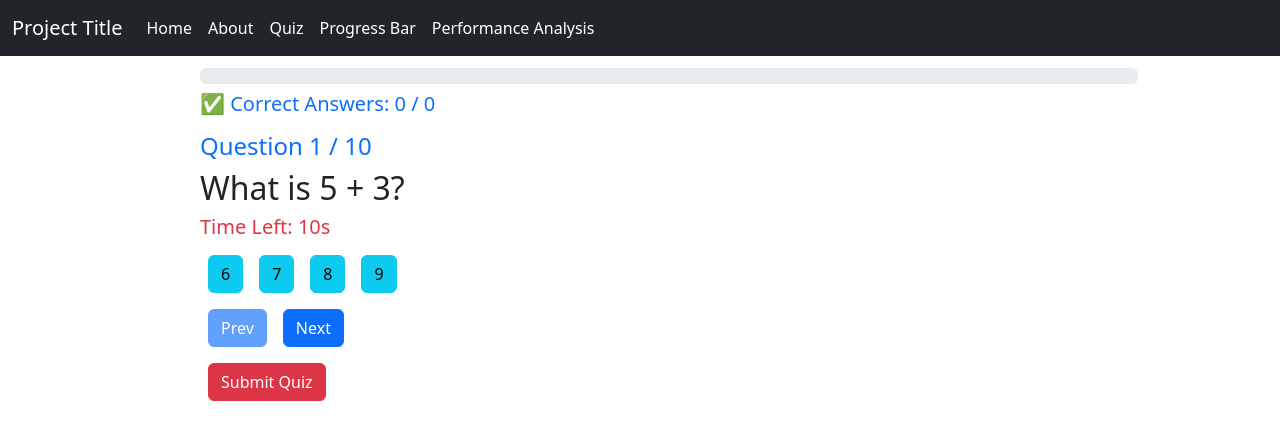
Repository: rahul-chakradhari/devquest
Page: /quiz (app in project/)
The author's editor kept a copy of each file at every save. The page is drawn from the files as they stood at one save, then again after the next save.
The browser window is 1280 px wide. The pictures show the whole page.
The project was rebuilt for these pictures with package versions that can differ from the ones it lists, and the page was loaded fresh each time. Also part of the build but not shown: project/vite.config.js, project/src/components/Home.jsx, project/src/components/About.jsx, project/src/components/PerformanceAnalysis.jsx, project/src/index.css.

Above is the page before, as saved 2025-02-23 16:53:26.

### project/index.html
<!DOCTYPE html>
<html lang="en">
  <head>
    <meta charset="UTF-8" />
    <link rel="icon" type="image/svg+xml" href="/vite.svg" />
    <meta name="viewport" content="width=device-width, initial-scale=1.0" />
    <title>ExamEase - Interactive Quiz & Assessment System</title>
    <link
      href="https://cdn.jsdelivr.net/npm/bootstrap@5.3.3/dist/css/bootstrap.min.css"
      rel="stylesheet"
      integrity="sha384-QWTKZyjpPEjISv5WaRU9OFeRpok6YctnYmDr5pNlyT2bRjXh0JMhjY6hW+ALEwIH"
      crossorigin="anonymous"
    />
  </head>
  <body>
    <div id="root"></div>
    <script type="module" src="/src/main.jsx"></script>
    <script
      src="https://cdn.jsdelivr.net/npm/bootstrap@5.3.3/dist/js/bootstrap.bundle.min.js"
      integrity="sha384-YvpcrYf0tY3lHB60NNkmXc5s9fDVZLESaAA55NDzOxhy9GkcIdslK1eN7N6jIeHz"
      crossorigin="anonymous"
    ></script>
  </body>
</html>

### project/src/App.jsx
import { useState } from "react";
import "./App.css";
import React from "react";
import { BrowserRouter as Router, Routes, Route } from "react-router-dom";
import Navbar from "./components/Navbar";
import Home from "./components/Home";
import About from "./components/About";
import Quiz from "./components/Quiz";
import ProgressBar from "./components/ProgressBar";
import PerformanceAnalysis from "./components/PerformanceAnalysis";

function App() {
  const [count, setCount] = useState(0);
  const [questionStats, setQuestionStats] = useState({});
  return (
    <>
      <Router>
        <Navbar />
        <Routes>
          <Route path="/about" element={<About />} />
          <Route path="/" element={<Home />} />
          <Route path="/quiz" element={<Quiz />} />
          <Route path="/bar" element={<ProgressBar />} />
          <Route
            path="/ana"
            element={
              <PerformanceAnalysis questionStats={questionStats || {}} />
            }
          />
        </Routes>
      </Router>
    </>
  );
}

export default App;

### project/src/App.css
.right {
  width: 900px;
  height: 400px;
}
.stl,
.welcome {
  margin-left: 600px;
}
.left {
  font-size: 12px; /* Overall text size kam hoga */
}

.welcome {
  font-size: 18px; /* Heading ke liye */
}

.stl {
  font-size: 12px; /* Description text ke liye */
}
.welcome {
  margin-top: 2px;
}

.quiz-container {
  margin-left: 200px;
  margin-top: 12px;
}
.about {
  margin-left: 12px;
  margin-top: 12px;
}
.progress {
  margin-right: 142px;
}

### project/src/components/Navbar.jsx
import React from "react";
import { Link } from "react-router-dom";

const Navbar = () => {
  return (
    <nav className="navbar navbar-expand-lg navbar-dark bg-dark">
      <div className="container-fluid">
        <Link className="navbar-brand" to="/">
          Project Title
        </Link>
        <button
          className="navbar-toggler"
          type="button"
          data-bs-toggle="collapse"
          data-bs-target="#navbarSupportedContent"
          aria-controls="navbarSupportedContent"
          aria-expanded="false"
          aria-label="Toggle navigation"
        >
          <span className="navbar-toggler-icon"></span>
        </button>
        <div className="collapse navbar-collapse" id="navbarSupportedContent">
          <ul className="navbar-nav me-auto mb-2 mb-lg-0">
            <li className="nav-item">
              <Link className="nav-link active" to="/">
                Home
              </Link>
            </li>
            <li className="nav-item">
              <Link className="nav-link active" to="/about">
                About
              </Link>
            </li>
            <li className="nav-item">
              <Link className="nav-link active" to="/quiz">
                Quiz
              </Link>
            </li>
            <li className="nav-item">
              <Link className="nav-link active" to="/bar">
                Progress Bar
              </Link>
            </li>
            <li className="nav-item">
              <Link className="nav-link active" to="/ana">
                Performance Analysis
              </Link>
            </li>
          </ul>
        </div>
      </div>
    </nav>
  );
};

export default Navbar;

### project/src/components/Quiz.jsx
import React, { useState, useEffect } from "react";
import ProgressBar from "./ProgressBar";

const questions = [
  { question: "What is 5 + 3?", options: ["6", "7", "8", "9"], answer: "8" },
  { question: "What is 12 - 4?", options: ["6", "7", "8", "9"], answer: "8" },
  {
    question: "Solve: (2 + 3) × 4",
    options: ["20", "10", "25", "30"],
    answer: "20",
  },
  { question: "What is 9 ÷ 3?", options: ["1", "3", "9", "6"], answer: "3" },
  {
    question: "Solve: 15 - (4 + 3)",
    options: ["6", "8", "9", "12"],
    answer: "8",
  },
  {
    question: "What is 7 × 2?",
    options: ["10", "12", "14", "16"],
    answer: "14",
  },
  {
    question: "Solve: (8 + 2) ÷ 2",
    options: ["2", "4", "5", "6"],
    answer: "5",
  },
  {
    question: "What is 4 × 3 - 2?",
    options: ["10", "11", "12", "14"],
    answer: "10",
  },
  { question: "Solve: 6 + 4 ÷ 2", options: ["3", "5", "8", "10"], answer: "8" },
  { question: "What is 3²?", options: ["6", "9", "12", "15"], answer: "9" },
];

const Quiz = () => {
  const [currentQuestion, setCurrentQuestion] = useState(0);
  const [selectedAnswers, setSelectedAnswers] = useState({});
  const [timeLeft, setTimeLeft] = useState(15);
  const [score, setScore] = useState(null);
  const [showFeedback, setShowFeedback] = useState(false);

  useEffect(() => {
    if (timeLeft === 0) {
      handleNext();
      return;
    }
    const timer = setTimeout(() => setTimeLeft(timeLeft - 1), 1000);
    return () => clearTimeout(timer);
  }, [timeLeft]);

  useEffect(() => {
    setTimeLeft(15);
  }, [currentQuestion]);

  const handleNext = () => {
    if (currentQuestion < questions.length - 1) {
      setCurrentQuestion(currentQuestion + 1);
    }
  };

  const handlePrev = () => {
    if (currentQuestion > 0) {
      setCurrentQuestion(currentQuestion - 1);
    }
  };

  const handleAnswerClick = (option) => {
    setSelectedAnswers({
      ...selectedAnswers,
      [currentQuestion]: option,
    });
  };

  const handleSubmit = () => {
    let calculatedScore = 0;

    questions.forEach((q, index) => {
      const userAnswer = selectedAnswers[index];
      if (userAnswer === q.answer) calculatedScore += 1;
    });

    setScore(calculatedScore);
    setShowFeedback(true);
  };

  const getFeedback = () => {
    if (score >= 8)
      return { message: "🎉 Excellent! Keep it up!", color: "text-success" };
    if (score >= 5)
      return {
        message: "🙂 Average scorer! You can do better!",
        color: "text-warning",
      };
    return {
      message: "😟 Low grade! Please improve yourself.",
      color: "text-danger",
    };
  };

  return (
    <div className="quiz-container">
      <ProgressBar
        answeredQuestions={Object.keys(selectedAnswers).length}
        totalQuestions={questions.length}
        correctCount={score ?? 0}
        previousCorrect={0}
      />

      {showFeedback ? (
        <>
          <h2 className="text-success">Quiz Completed!</h2>
          <h3 className="text-primary">
            Your Score: {score} / {questions.length}
          </h3>
          <h4 className={getFeedback().color}>{getFeedback().message}</h4>

          <div className="feedback mt-3">
            {questions.map((q, index) => (
              <p
                key={index}
                className={`text-${
                  selectedAnswers[index] === q.answer ? "success" : "danger"
                }`}
              >
                {index + 1}. {q.question} -{" "}
                {selectedAnswers[index] === q.answer
                  ? " ✅ Correct"
                  : ` ❌ Incorrect (Correct: ${q.answer})`}
              </p>
            ))}
          </div>

          <button
            type="button"
            className="btn btn-warning mt-3"
            onClick={() => window.location.reload()}
          >
            Restart Quiz
          </button>
        </>
      ) : (
        <>
          <h4 className="text-primary">
            Question {currentQuestion + 1} / {questions.length}
          </h4>
          <h2>{questions[currentQuestion].question}</h2>
          <h5 className="text-danger">Time Left: {timeLeft}s</h5>

          <div className="options mt-3">
            {questions[currentQuestion].options.map((option, index) => {
              const isSelected = selectedAnswers[currentQuestion] === option;
              return (
                <button
                  key={index}
                  type="button"
                  className={`btn ${
                    isSelected ? "btn-success" : "btn-info"
                  } mx-2`}
                  onClick={() => handleAnswerClick(option)}
                >
                  {option}
                </button>
              );
            })}
          </div>

          <div className="quiz-controls mt-3">
            <button
              type="button"
              className="btn btn-primary mx-2"
              onClick={handlePrev}
              disabled={currentQuestion === 0}
            >
              Prev
            </button>

            {currentQuestion < questions.length - 1 && (
              <button
                type="button"
                className="btn btn-primary mx-2"
                onClick={handleNext}
              >
                Next
              </button>
            )}
          </div>

          <div className="submit-section mt-3">
            <button
              type="button"
              className="btn btn-danger mx-2"
              onClick={handleSubmit}
            >
              Submit Quiz
            </button>
          </div>
        </>
      )}
    </div>
  );
};

export default Quiz;

### project/src/components/ProgressBar.jsx
import React from "react";

const ProgressBar = ({
  answeredQuestions,
  totalQuestions,
  correctCount,
  previousCorrect,
}) => {
  const progressPercentage = (answeredQuestions / totalQuestions) * 100;
  const changeInCorrect =
    previousCorrect !== null && correctCount !== null
      ? correctCount - previousCorrect
      : 0;

  return (
    <div className="progress-container mb-3">
      <div className="progress">
        <div
          className="progress-bar bg-success"
          role="progressbar"
          style={{ width: `${progressPercentage}%` }}
        >
          {answeredQuestions} / {totalQuestions} Answered
        </div>
      </div>
      <h5 className="text-primary mt-2">
        ✅ Correct Answers: {correctCount} / {answeredQuestions}
      </h5>
      {answeredQuestions > 0 && changeInCorrect !== 0 && (
        <h6 className={changeInCorrect > 0 ? "text-success" : "text-danger"}>
          {changeInCorrect > 0
            ? `⬆️ +${changeInCorrect} improvement`
            : `⬇️ ${changeInCorrect} decrease`}
        </h6>
      )}
    </div>
  );
};

export default ProgressBar;

Loaded but not shown: project/src/main.jsx (common file)

After the next save:
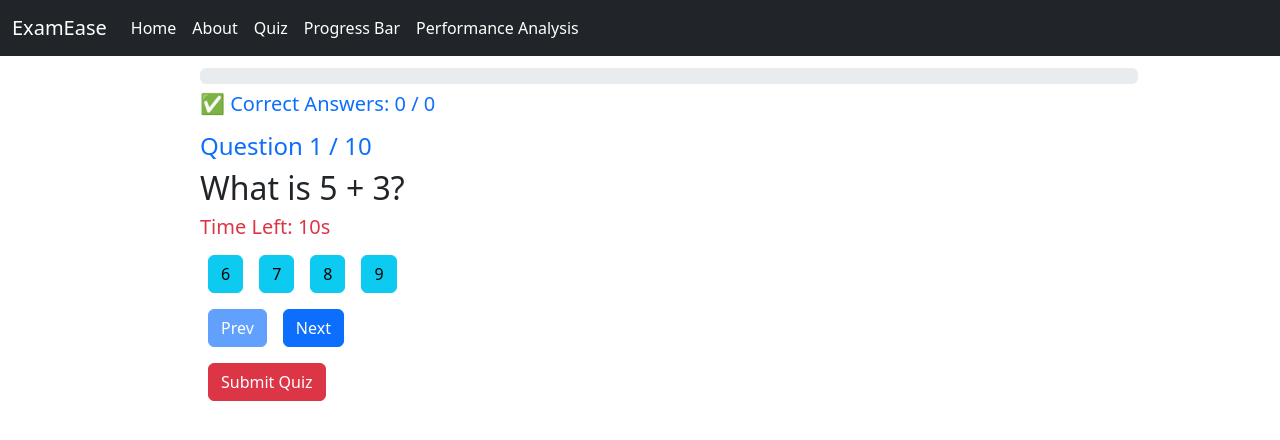
Saved 23 s later.
--- a/project/src/components/Navbar.jsx
+++ b/project/src/components/Navbar.jsx
@@ -6,7 +6,7 @@ const Navbar = () => {
     <nav className="navbar navbar-expand-lg navbar-dark bg-dark">
       <div className="container-fluid">
         <Link className="navbar-brand" to="/">
-          Project Title
+          ExamEase
         </Link>
         <button
           className="navbar-toggler"
